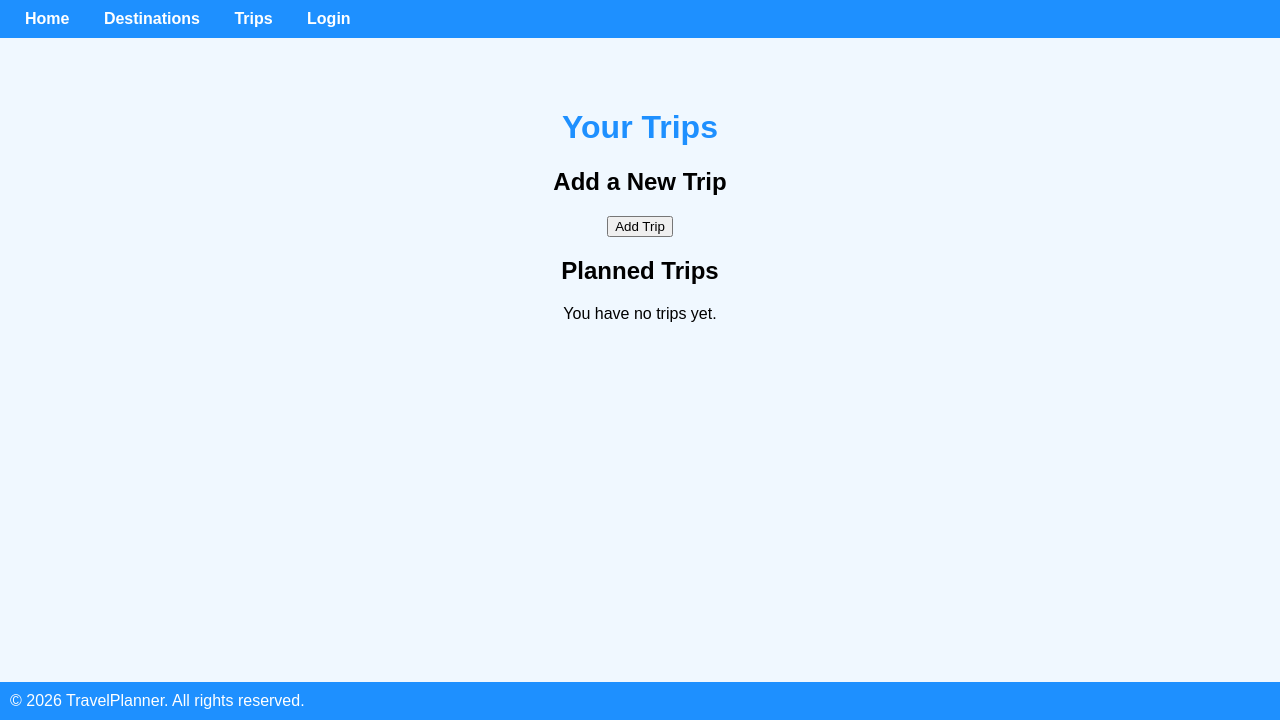
Repository: OCEANIC7/GROUP9
Page: travelplanner/planner/templates/planner/trips.html
An editor plug-in stored every save of this project. The page is shown before and after the next save, followed by the edit.
The browser window is 1280 px wide. The pictures show the whole page.
The template is drawn by Django 5.2. The application's start-up code is not run. Other server files are loaded and not shown. The template is opened directly, without the code that normally fills it, so the values that code supplies are empty.

Above is the page before, as saved 2026-02-03 02:39:15.

### travelplanner/planner/templates/planner/trips.html
{% extends 'planner/base.html' %}

{% block title %}Trips - TravelPlanner{% endblock %}

{% block content %}
<h1>Your Trips</h1>

<h2>Add a New Trip</h2>
<div cl
<form method="POST" style="margin-bottom:30px;">
    {% csrf_token %}
    {{ form.as_p }}
    <button type="submit" class="button">Add Trip</button>
</form>

<h2>Planned Trips</h2>

{% if trips %}
<div class="card-container">
    {% for trip in trips %}
    <div class="trip-card">
        <h3>📍 {{ trip.destination.name }}</h3>

        <div class="trip-dates">
            🗓 {{ trip.start_date|date:"M d, Y" }}
            →
            {{ trip.end_date|date:"M d, Y" }}
        </div>

        {% if trip.notes %}
        <p>📝 {{ trip.notes|truncatewords:15 }}</p>
        {% endif %}

        <div class="trip-actions">
            <a href="{% url 'edit_trip' trip.id %}" class="edit">✏️ Edit</a>
            <a href="{% url 'delete_trip' trip.id %}" class="delete">🗑️ Delete</a>
        </div>
    </div>
    {% endfor %}
</div>
{% else %}
<p>You have no trips yet.</p>
{% endif %}

</div>
{% endblock %}

### travelplanner/planner/templates/planner/base.html
<!DOCTYPE html>
<html lang="en">
<head>
    <meta charset="UTF-8">
    <meta name="viewport" content="width=device-width, initial-scale=1.0">
    <title>{% block title %}TravelPlanner{% endblock %}</title>
    <style>
        body { font-family: Arial, sans-serif; background-color: #f0f8ff; margin: 0; padding: 0; }
        nav { background-color: #1e90ff; padding: 10px; }
        nav a { color: #fff; text-decoration: none; margin: 0 15px; font-weight: bold; }
        nav a:hover { color: #ffd700; }
        .container { padding: 50px; text-align: center; }
        h1 { color: #1e90ff; }
        footer { background-color: #1e90ff; color: #fff; padding: 10px; position: fixed; bottom: 0; width: 100%; }
        a.button { text-decoration: none; color: #fff; background-color: #1e90ff; padding: 10px 20px; border-radius: 5px; }
        a.button:hover { background-color: #104e8b; }

        .card-container {
    display: flex;
    flex-wrap: wrap;
    gap: 20px;
    justify-content: center;
}

.trip-card {
    background: white;
    width: 280px;
    padding: 20px;
    border-radius: 12px;
    box-shadow: 0 4px 8px rgba(0,0,0,0.1);
    text-align: left;
}

.trip-card h3 {
    margin-top: 0;
    color: #1e90ff;
}

.trip-dates {
    font-size: 14px;
    color: #555;
    margin-bottom: 10px;
}

.trip-actions a {
    margin-right: 10px;
    text-decoration: none;
    font-weight: bold;
}

.trip-actions a.edit {
    color: green;
}

.trip-actions a.delete {
    color: red;
}

    </style>
</head>
<body>
    <nav>
        <a href="{% url 'home' %}">Home</a>
        <a href="{% url 'destinations' %}">Destinations</a>
        <a href="{% url 'trips' %}">Trips</a>
        <a href="{% url 'login' %}">Login</a>
    </nav>
    <div class="container">
        {% block content %}{% endblock %}
    </div>
    <footer>
        &copy; 2026 TravelPlanner. All rights reserved.
    </footer>
</body>
</html>

After the next save:
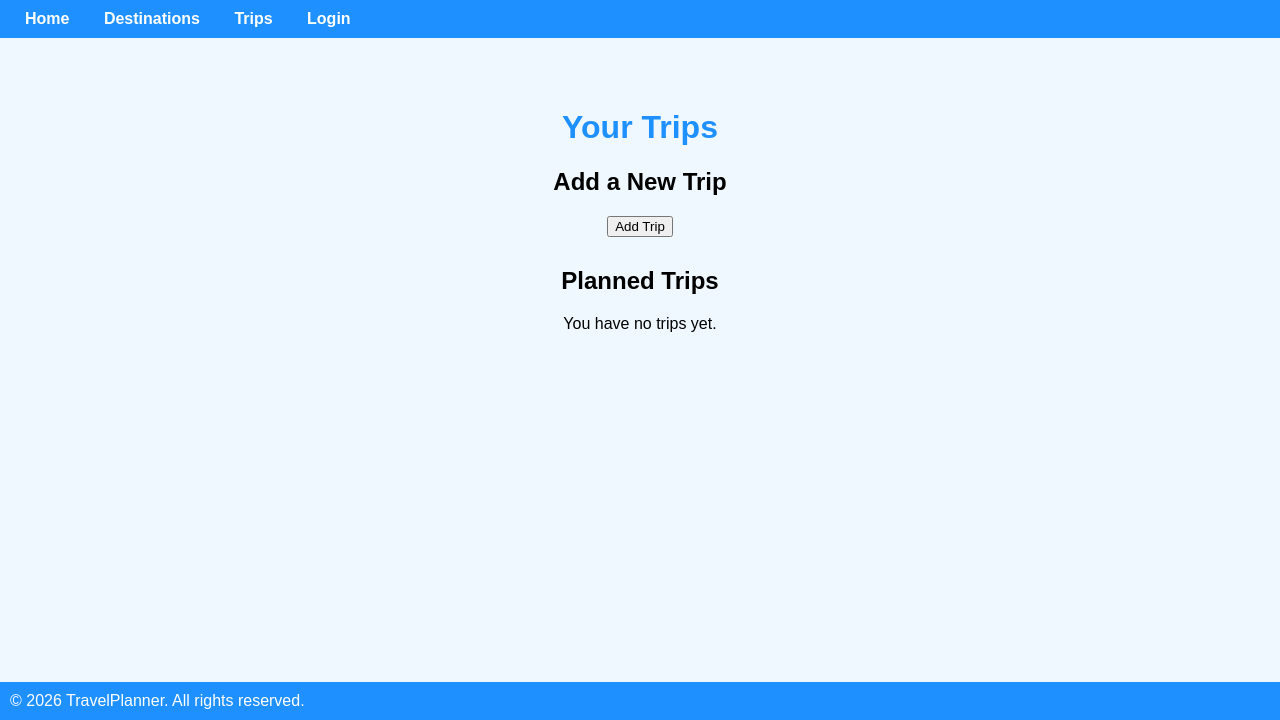
Saved 5 s later.
--- a/travelplanner/planner/templates/planner/trips.html
+++ b/travelplanner/planner/templates/planner/trips.html
@@ -6,7 +6,7 @@
 <h1>Your Trips</h1>
 
 <h2>Add a New Trip</h2>
-<div cl
+<div class="trip-section">
 <form method="POST" style="margin-bottom:30px;">
     {% csrf_token %}
     {{ form.as_p }}
